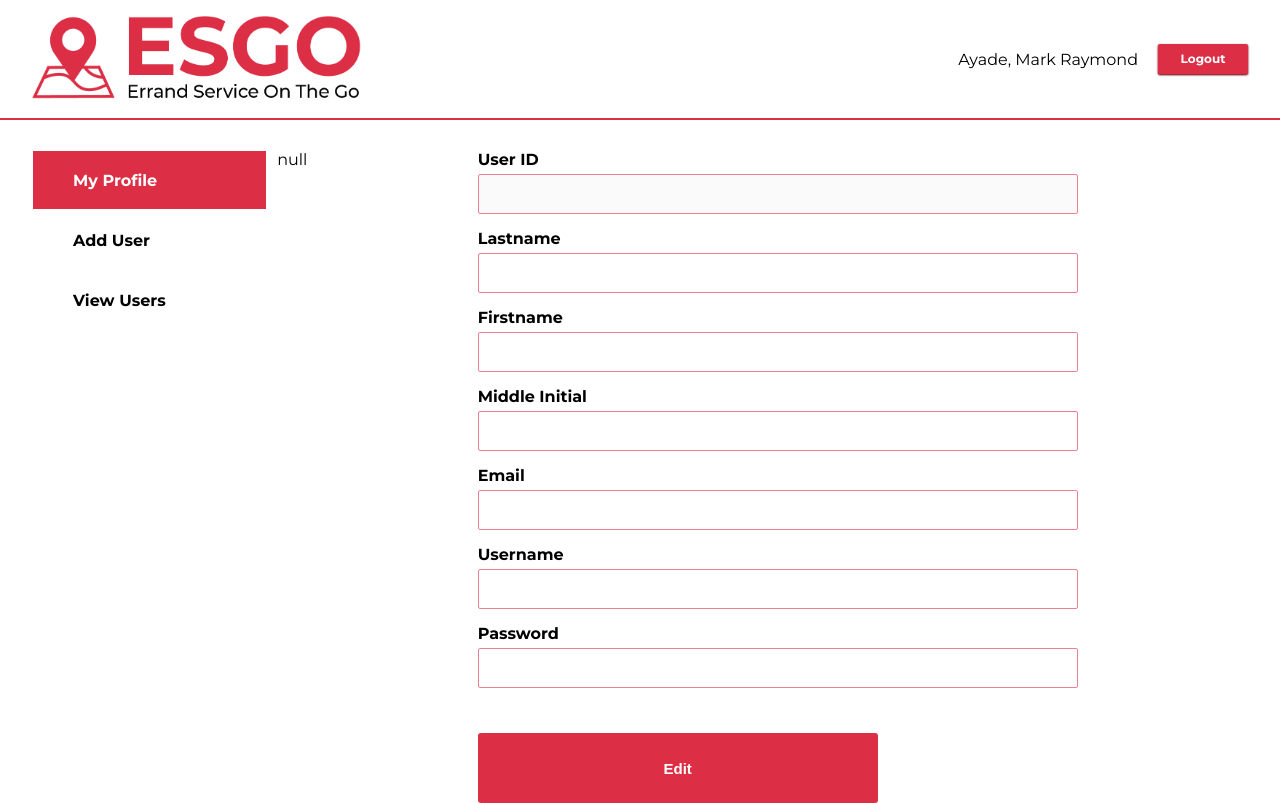
Repository: azkalonz/Int-Prog-2
Page: http://localhost/Int_Prog_2/?page=home
These files come from the project's save history. The page is drawn as it stood at one moment and after the next save; the edit follows.
The browser window is 1280 px wide. The pictures show the whole page.
The page is served by Tomcat 9.

Above is the page before, as saved 2021-03-30 06:26:52.

After the next save:
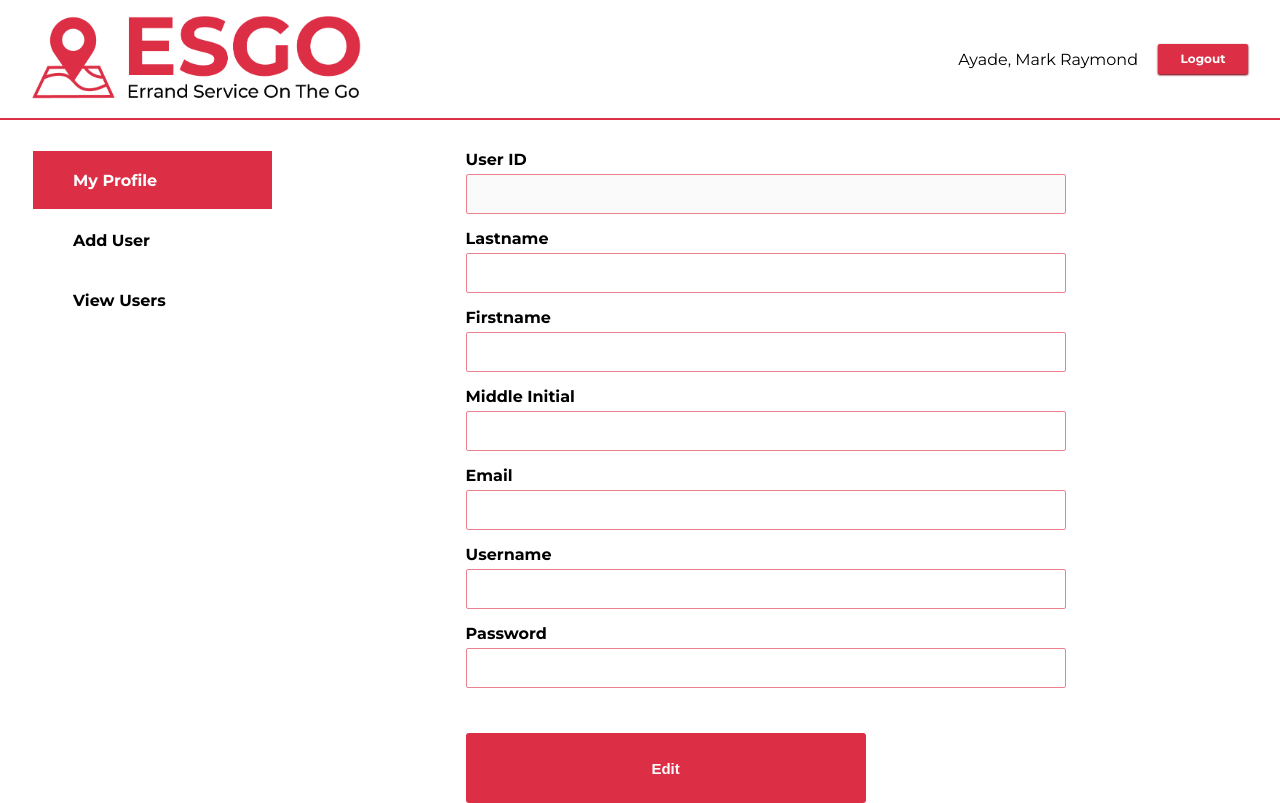
Saved 6 s later.
--- a/Int Prog 2/WebContent/index.jsp
+++ b/Int Prog 2/WebContent/index.jsp
@@ -2,7 +2,6 @@
 <main>
         <div class="container">
             <jsp:include page="/WEB-INF/layout/nav.jsp" />
-            <%= session.getAttribute("user") %>
             <div class="content">
                 <form>
                     <div class="infos">
